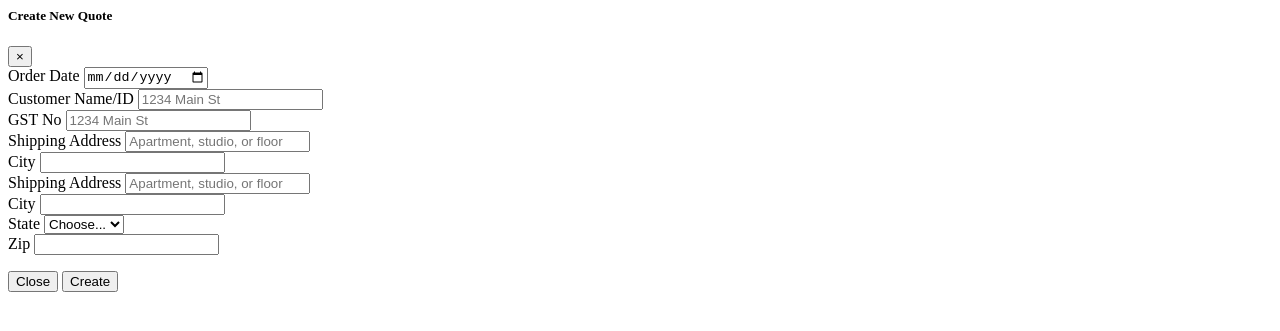
Repository: hrishibhattu/CodeFury-Internal-2
Page: ToYoDo/WebContent/WEB-INF/modal/quote.html
The author's editor kept a copy of each file at every save. The page is drawn from the files as they stood at one save, then again after the next save.
The browser window is 1280 px wide. The pictures show the whole page.

Above is the page before, as saved 2021-09-19 06:28:24.

After the next save:
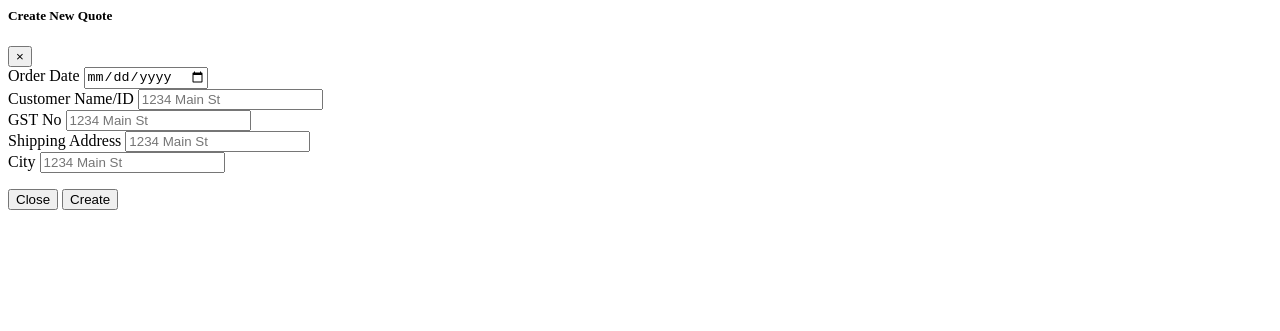
Saved 85 s later.
--- a/ToYoDo/WebContent/WEB-INF/modal/quote.html
+++ b/ToYoDo/WebContent/WEB-INF/modal/quote.html
@@ -29,37 +29,19 @@
 						<label for="address">GST No</label> <input type="text"
 							class="form-control" id="inputAddress" placeholder="1234 Main St">
 					</div>
+
 					<div class="form-row">
-						<label for="inputAddress2">Shipping Address</label> <input type="text"
-							class="form-control" id="inputAddress2"
-							placeholder="Apartment, studio, or floor">
 						<div class="form-group col-md-6">
-							<label for="inputCity">City</label> <input type="text"
-								class="form-control" id="inputCity">
+							<label for="customerNameID">Shipping Address</label> <input type="text"
+							class="form-control" id="inputAddress" placeholder="1234 Main St">
+						</div>
+						<div class="form-group col-md-6">
+							<label for="customerNameID">City</label> <input type="text"
+							class="form-control" id="inputAddress" placeholder="1234 Main St">
 						</div>
 					</div>
-					<div class="form-group">
-						<label for="inputAddress2">Shipping Address</label> <input type="text"
-							class="form-control" id="inputAddress2"
-							placeholder="Apartment, studio, or floor">
-					</div>
-					<div class="form-row">
-						<div class="form-group col-md-6">
-							<label for="inputCity">City</label> <input type="text"
-								class="form-control" id="inputCity">
-						</div>
-						<div class="form-group col-md-4">
-							<label for="inputState">State</label> <select id="inputState"
-								class="form-control">
-								<option selected>Choose...</option>
-								<option>...</option>
-							</select>
-						</div>
-						<div class="form-group col-md-2">
-							<label for="inputZip">Zip</label> <input type="text"
-								class="form-control" id="inputZip">
-						</div>
-					</div>
+
+
 				</form>
 
 			</div>
